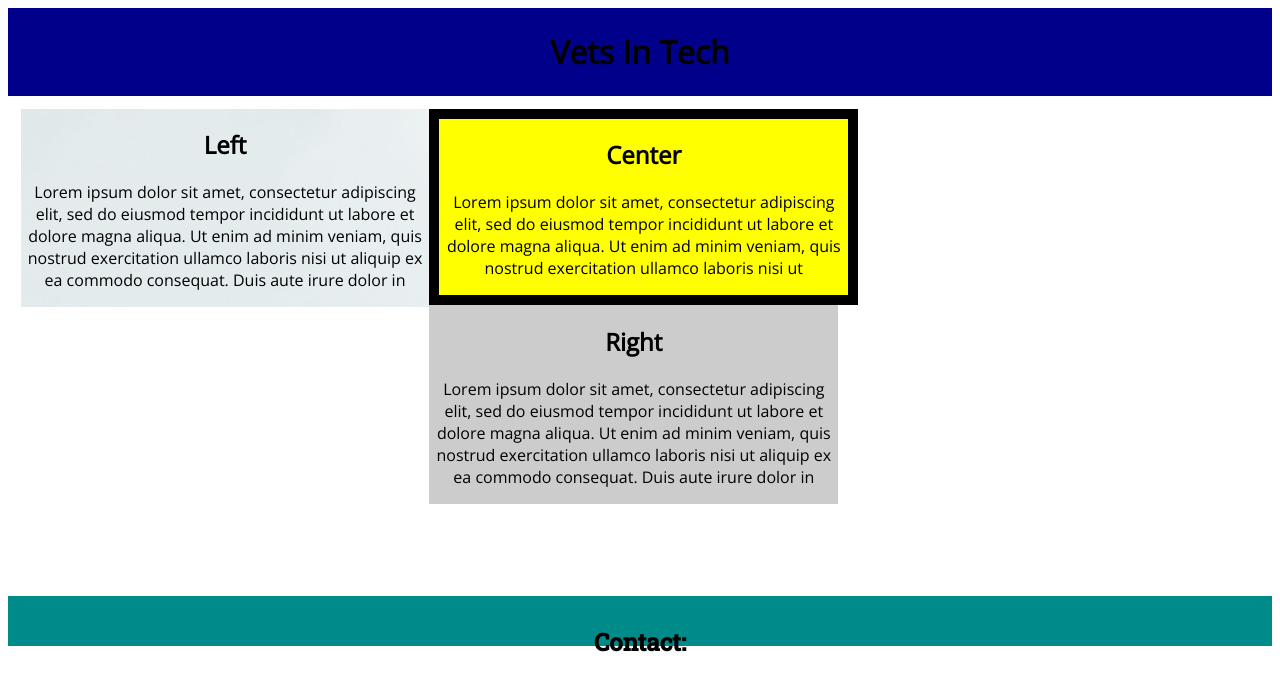
Repository: 3EyEdRav3n/10-2020-cohort-course
Page: week-1/Week-1 Assignment/index.html
These files come from the project's save history. The page is drawn as it stood at one moment and after the next save; the edit follows.
The browser window is 1280 px wide. The pictures show the whole page.

Above is the page before, as saved 2020-11-01 21:20:11.

### week-1/Week-1 Assignment/index.html
<!DOCTYPE html>
<html lang="en">
  <head>
    <meta charset="UTF-8" />
    <meta name="viewport" content="width=device-width, initial-scale=1.0" />
    <link rel="stylesheet" href="./styles.css" />
    <link
      href="https://fonts.googleapis.com/css2?family=Open+Sans&display=swap"
      rel="stylesheet"
    />
    <link
      href="https://fonts.googleapis.com/css2?family=Open+Sans&family=Roboto+Slab:wght@500&display=swap"
      rel="stylesheet"
    />

    <title>VetTech</title>
  </head>
  <body>
    <div class="header">
      <h1>Vets In Tech</h1>
    </div>
    <div class="container">
      <div class="left-col">
        <h2>Left</h2>
        <p>
          Lorem ipsum dolor sit amet, consectetur adipiscing elit, sed do
          eiusmod tempor incididunt ut labore et dolore magna aliqua. Ut enim ad
          minim veniam, quis nostrud exercitation ullamco laboris nisi ut
          aliquip ex ea commodo consequat. Duis aute irure dolor in
        </p>
      </div>

      <div class="center-col">
        <h2>Center</h2>
        <p>
          Lorem ipsum dolor sit amet, consectetur adipiscing elit, sed do
          eiusmod tempor incididunt ut labore et dolore magna aliqua. Ut enim ad
          minim veniam, quis nostrud exercitation ullamco laboris nisi ut
        </p>
      </div>
      <div class="right-col">
        <h2>Right</h2>
        <p>
          Lorem ipsum dolor sit amet, consectetur adipiscing elit, sed do
          eiusmod tempor incididunt ut labore et dolore magna aliqua. Ut enim ad
          minim veniam, quis nostrud exercitation ullamco laboris nisi ut
          aliquip ex ea commodo consequat. Duis aute irure dolor in
        </p>
      </div>
    </div>
    <div class="footer">
      <h2>Contact:</h2>
    </div>
  </body>
</html>

### week-1/Week-1 Assignment/styles.css

.header{
        font-family: 'Roboto Slab', serif;
        background-color: darkblue;
        text-align: center;
        padding:1px;

}
.container{
        font-family: 'Open Sans', sans-serif;
        min-height:500px;
        padding: 1%;
        box-sizing: border-box;
}
.left-col{
        background-image: url("/images/lincoln.jpg");
        background-color: #cccccc;
        text-align: center;
        width: 33%;
        float: left;
}
.center-col{
        background-color: yellow;
        border: 10px solid;
        text-align: center;
        width: 33%;
        float: left;
}
.right-col{
        background-color: #cccccc;
        width: 33%;
        text-align: center;
        float: left;
}
.footer{
        clear: both;
        font-family: 'Roboto Slab', serif;
        background-color: darkcyan;
        text-align: center;
        height: 50px;
        padding-top: 10px;
        box-sizing: border-box;
}


h1 {
        font-family: 'Open Sans', sans-serif;
}

After the next save:
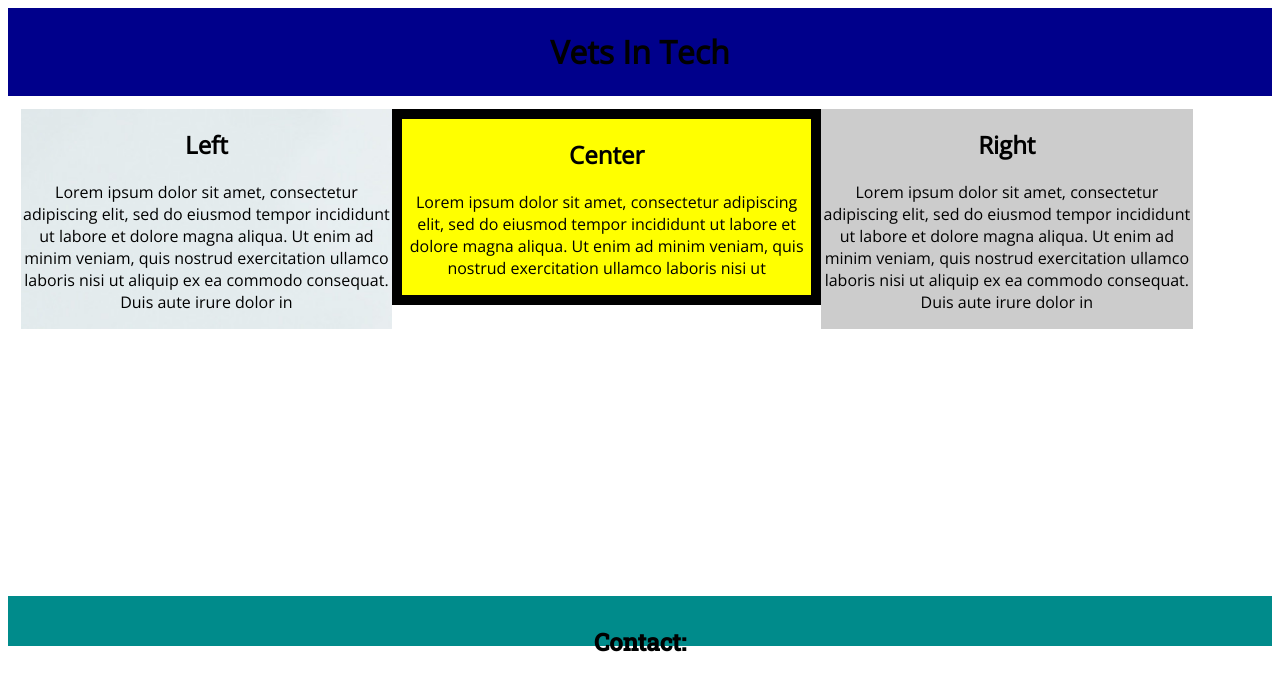
Saved 29 s later.
--- a/week-1/Week-1 Assignment/styles.css
+++ b/week-1/Week-1 Assignment/styles.css
@@ -16,7 +16,7 @@
         background-image: url("/images/lincoln.jpg");
         background-color: #cccccc;
         text-align: center;
-        width: 33%;
+        width: 30%;
         float: left;
 }
 .center-col{
@@ -28,7 +28,7 @@
 }
 .right-col{
         background-color: #cccccc;
-        width: 33%;
+        width: 30%;
         text-align: center;
         float: left;
 }
